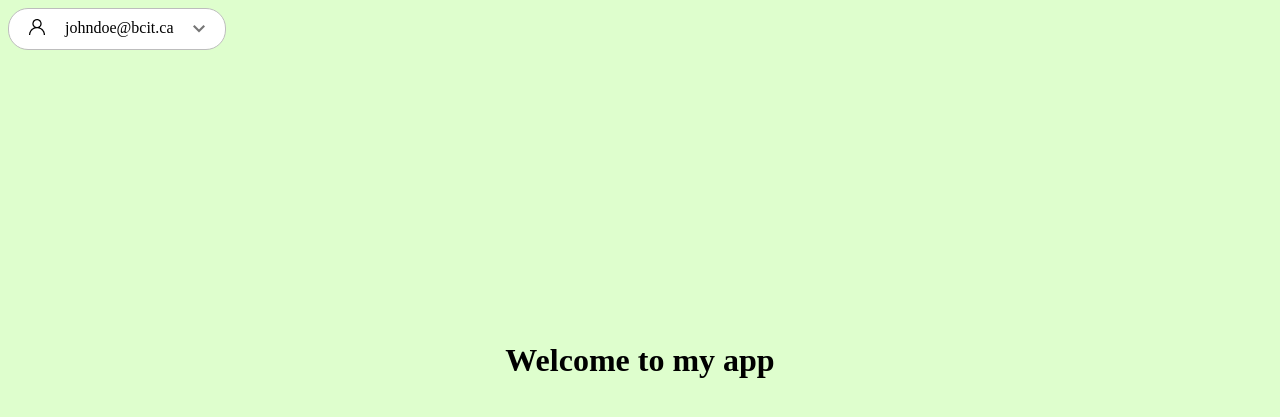
Repository: kerudai/mdiat3126nextapp
Page: /
These files come from the project's save history. The page is drawn as it stood at one moment and after the next save; the edit follows.
The browser window is 1280 px wide. The pictures show the whole page.
The project was rebuilt for these pictures with package versions that can differ from the ones it lists, and the page was loaded fresh each time. The framework's server and built-in components were replaced by stand-ins that run in the browser.

Above is the page before, as saved 2020-09-29 21:48:31.

### pages/_app.js
import './app.scss';

function MyApp({ Component, pageProps }) {
  return <Component {...pageProps} />
}

export default MyApp

### pages/index.js
import React from 'react';
import Menu from '../comps/Menu';
import Content from '../comps/Content';

export default function Home() {
  return <div className="home">
    <div className="content">
      <Content>
        <h1>Welcome to my app</h1>
      </Content>
    </div>
    <div className="menu">
      <Menu />
    </div>
  </div>

}

### pages/app.scss
$fs:18px;

@mixin flexIt {
    display:flex;
    align-items: center;
    justify-content: center;
}

@import './index.scss';

### comps/Menu/index.js
import React, {useState, useEffect} from 'react';
import styled from 'styled-components';

const Container = styled.div`
    display: inline-flex;
    flex-direction: column;
`;
const DropDownMenu = styled.div`
    border: 1px solid #BDBDBD;
    box-sizing: border-box;
    border-radius: 20px;
    display: inline-flex;
    justify-content: center:
    align-items: center;
    cursor: pointer;
    background-color: #FFF;
    transition: background-color 0.5s;
    &:hover {
        background-color: #DDD;
    }
`;

const DropDownBox = styled.div`
width: 100%;
padding: 10px;
display: flex;
div {
    margin: 0 10px;
}
`;

const Expand = styled.div`
    background: #FFFFFF;
    border: 1px solid #EAEAEA;
    box-sizing: border-box;
    box-shadow: 5px 0px 18px rgba(0, 0, 0, 0.08);
    display: ${props=>props.expanded ? "inline-flex" : "hidden"};
    height: ${props=>props.expanded ? "auto" : "0px"};
    font-size: ${props=>props.expanded ? "18px" : "0px"};
    opacity: ${props=>props.expanded ? 1 : 0};
    transition: opacity 0.5s;
    flex-direction: column;
    margin-top: 10px;
    div {
        padding: ${props=>props.expanded ? "10px 15px" : "0px"};
        margin: ${props=>props.expanded ? "5px 0" : "0px"};
        cursor: pointer;
        &:hover {
            background-color:#DDD;
        }
    }
`;

//To let the dropdown arrow rotate
const ExpandImg = styled.img`

`;

const Menu = ({expand}) => {
    const [expanded, setExpanded] = useState(false);

    useEffect(()=>{
        setExpanded(expand);
    },[expand])

    return <Container>
        <DropDownMenu onClick = {()=>{
            setExpanded(!expanded);
        }}>
            <DropDownBox>
                <div><img src="/user.png" /></div>
                <div>johndoe@bcit.ca</div>
                <div><ExpandImg src="/expand.png" /></div>
            </DropDownBox>
        </DropDownMenu>
        <Expand expanded = {expanded}>
            <div>Change BG Color</div>
            <div>Change BG Image</div>
            <div>Help</div>
        </Expand>
    </Container>
}

Menu.defaultProps = {
    expand: false
}

export default Menu;

### comps/Content/index.js
import React from 'react';
import styled from 'styled-components';

const Container = styled.div`
    width: 100%;
    height: 100%;
    background-color: #DEFECD;
    min-width: 10px;
    min-height: 10px;
`;

const Content = ({children}) => {
    return <Container>
        {children}
    </Container>
}

export default Content;

### pages/index.scss
.home {
    .menu {
        position: relative;
        z-index: 1;
    }
    .content {
        position: fixed;
        left: 0;
        top: 0;
        width: 100vw;
        height: 100vh;
        z-index: -1;

        & > div {
            @include flexIt();
        }
    }
}

After the next save:
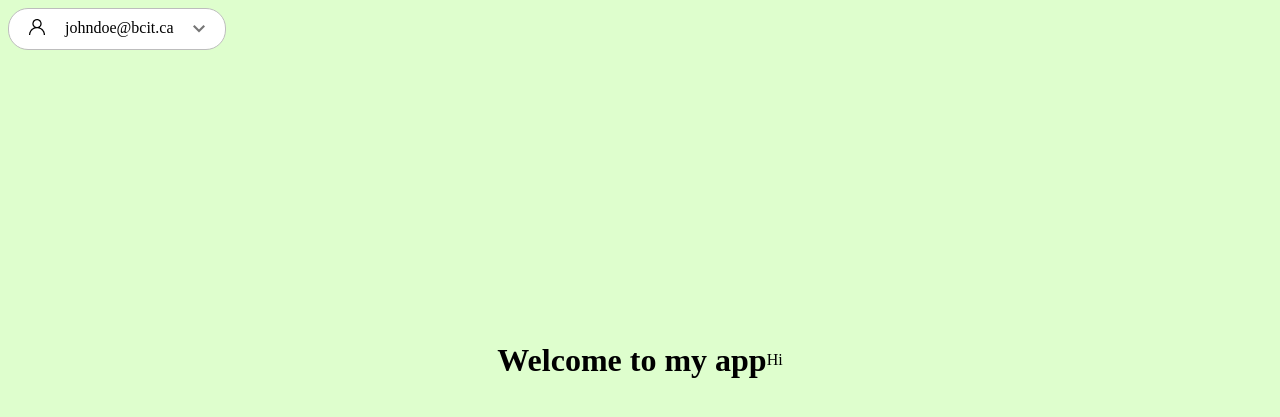
Saved 23 s later.
--- a/pages/index.js
+++ b/pages/index.js
@@ -7,6 +7,7 @@ export default function Home() {
     <div className="content">
       <Content>
         <h1>Welcome to my app</h1>
+        <div>Hi</div>
       </Content>
     </div>
     <div className="menu">
